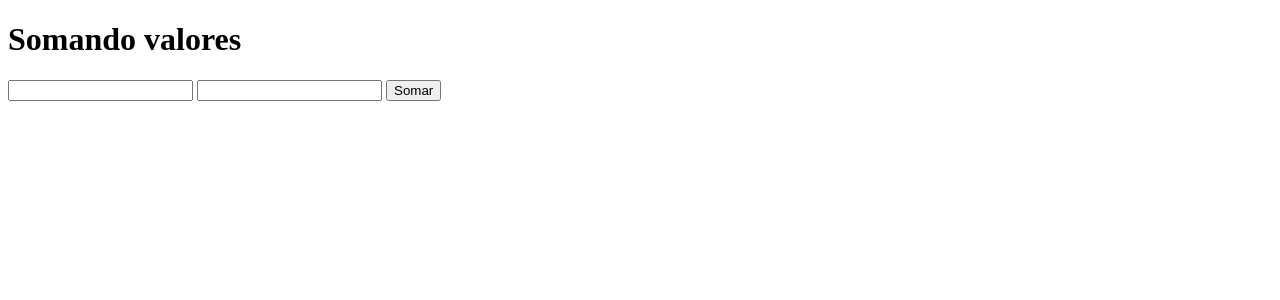
Repository: Iamjordana/Curso-JavaScript
Page: ex007/index.html
These files come from the project's save history. The page is drawn as it stood at one moment and after a run of saves; the edit follows.
The browser window is 1280 px wide. The pictures show the whole page.

Above is the page before, as saved 2025-02-17 13:30:53.

After the next 4 saves:
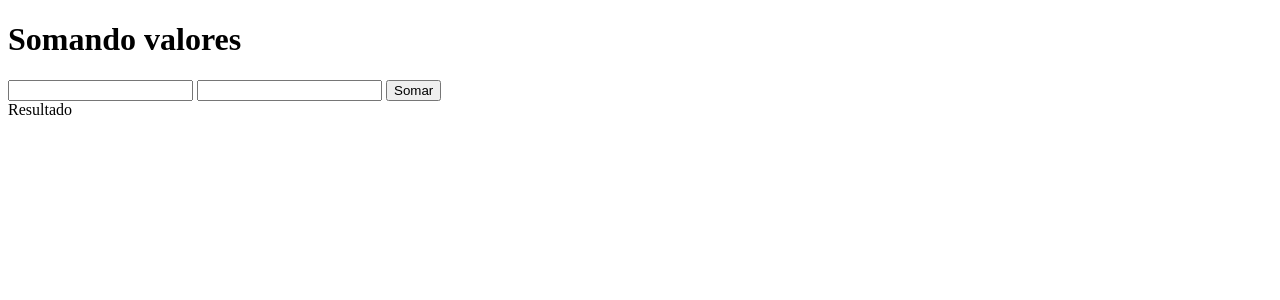
The 4 saves are shown as one change because they came seconds apart.
The last was saved 13 s later.
--- a/ex007/index.html
+++ b/ex007/index.html
@@ -10,6 +10,7 @@
     <input type="number" name="txtn1" id="txtn1">
     <input type="number" name="txtn2" id="txtn2">
     <input type="button" value="Somar" onclick="somar()">
+    <div id="res">Resultado</div>
     <script>
         function somar(){
             var tn1 = window.documentById('txtn1')
